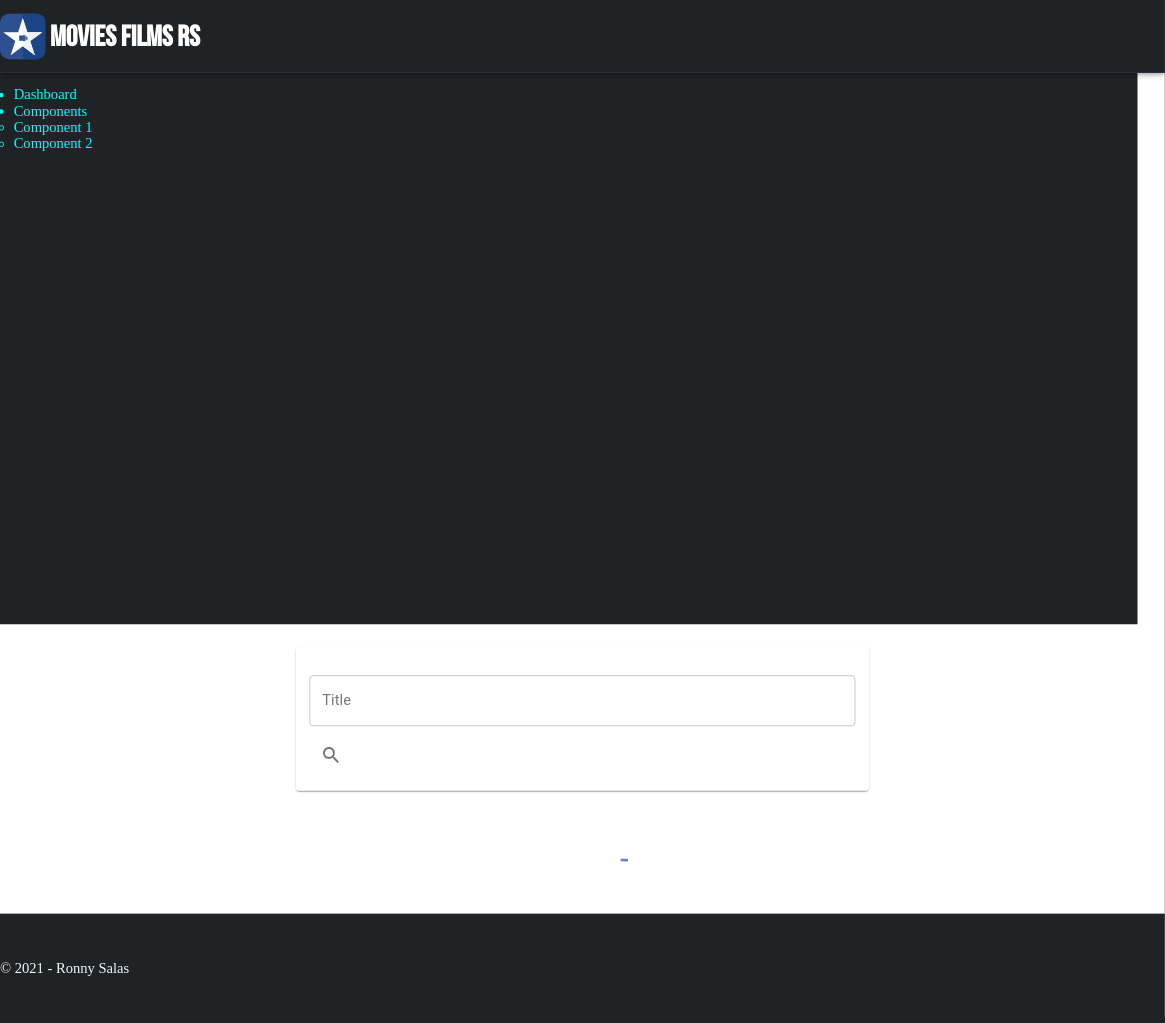
Repository: ronnysalas459/assigment-2
Page: /
These files come from the project's save history. The page is drawn as it stood at one moment and after the next save; the edit follows.
The browser window is 1280 px wide. The pictures show the whole page, at 91% of full size.
The page's requests for data from a server got no answer. The project was rebuilt for these pictures with package versions that can differ from the ones it lists, and the page was loaded fresh each time. No one was signed in, and anything a server would have sent is missing. Also part of the build but not shown: src/contexts/DetailsContext.js, src/components/Common/ButtonPrimary.js, src/components/Films/Movie.js, src/components/Common/Messages.js, src/components/Films/Movies.js, src/components/Details/index.js, src/components/NotFound/index.js.

Above is the page before, as saved 2021-08-30 19:35:07.

After the next save:
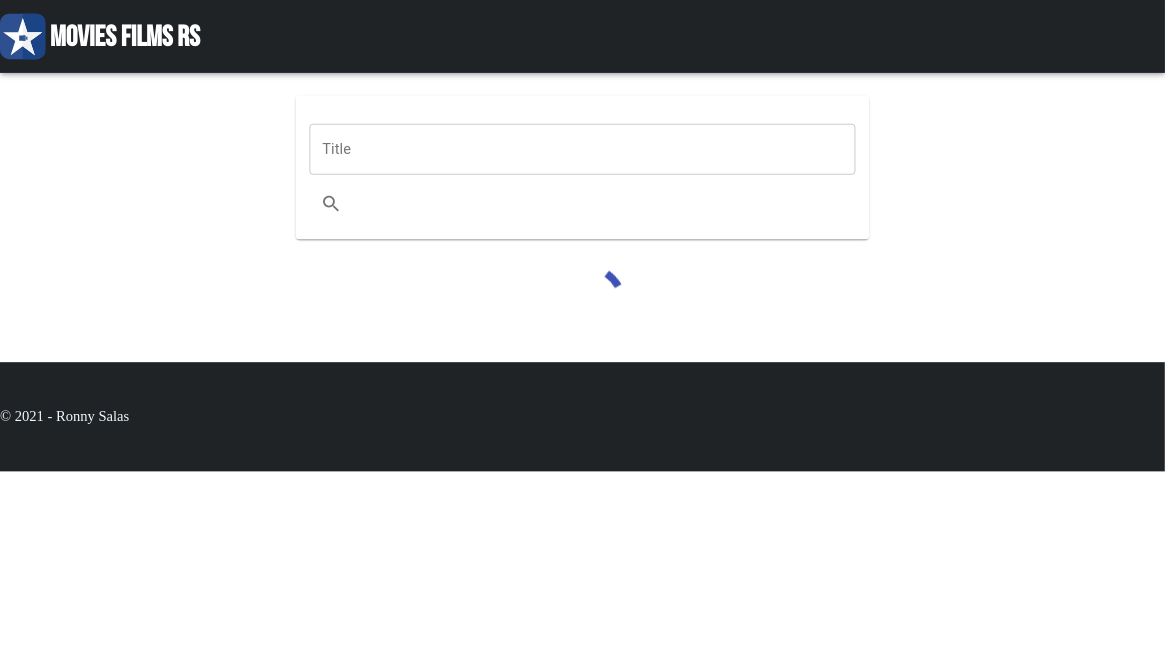
Saved 14 s later.
--- a/src/App.js
+++ b/src/App.js
@@ -13,8 +13,6 @@ import "./assets/css/styles.css";
 const App = () => (
   <BrowserRouter>
     <Header />
-
-    <SideBar />
 
     <Switch>
       <Route exact path="/">
